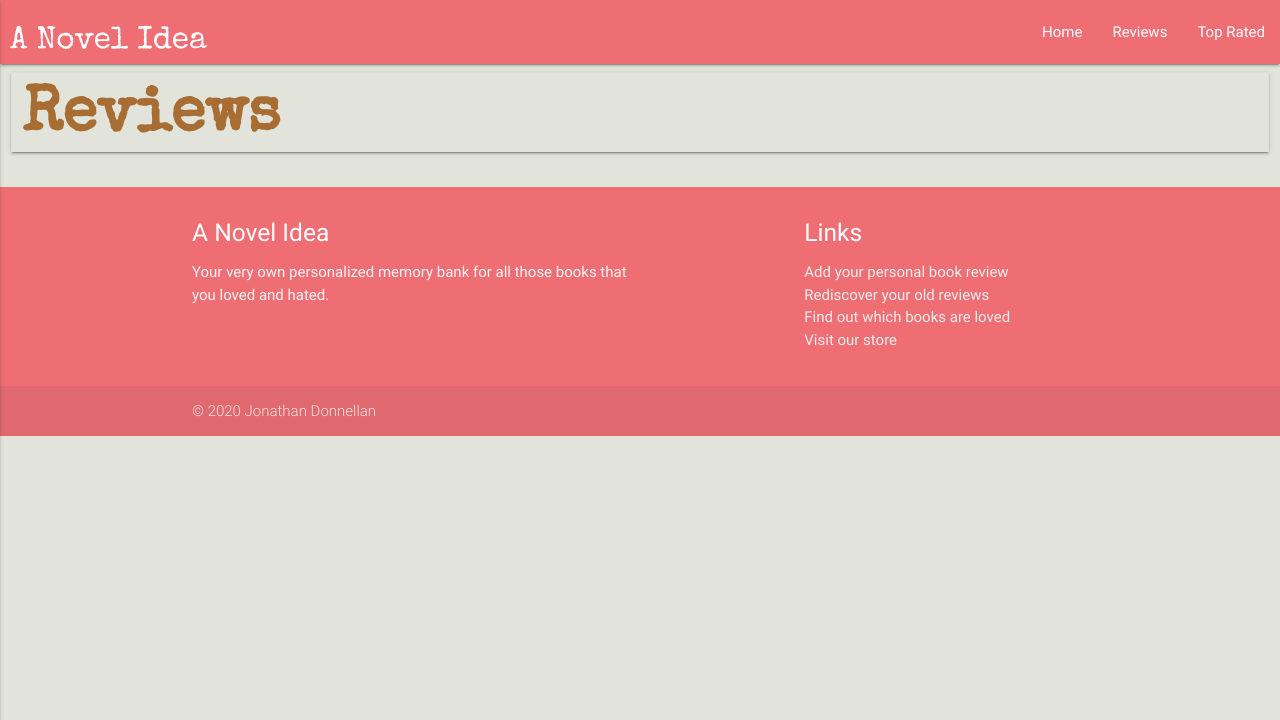
Repository: johnny-don/a-novel-idea
Page: http://localhost/
The author's editor kept a record of every edit. The page is drawn from the files as they stood at one moment, then again after the next edit.
The browser window is 1280 px wide. The pictures show the whole page.
Some web libraries are served in a nearby version. The page is served by the project's application, run on Flask 3 (app.py). Queries for data that is not in the repository find no rows.

Above is the page before.

### templates/reviews.html
{% extends 'base.html' %} {% block content %}
<div class="row">
<div class="col s12 sections">
<ul class="collapsible" data-collapsible="accordian">
    <h1 class="headline">Reviews</h1>
    {% for review in reviews %}
    <li>
        <div class="collapsible-header review-section">

            <div class="review-section">
                <i class="material-icons">expand_more</i>
                <i class="material-icons prefix text-font icons">title</i>{{review.title.upper()}}  <i class="material-icons prefix text-font icons">perm_identity</i>
                <strong>  {{review.author}}</strong>
                <i class="material-icons prefix text-font icons">event_seat</i> <em>{{review.genre}}</em>
                <i class="material-icons prefix text-font icons">grade</i> {{review.rating}}
                </div>
                <div>
                <a href="{{url_for('edit_review', review_id=review._id)}}" class="waves-effect waves-light btn-small text-font icons">Edit</a>
                <a href="{{url_for('delete_review', review_id=review._id)}}" class="waves-effect waves-light btn-small text-font icons">Delete</a>
            </div>
            </div>

        <div class="collapsible-body">
            <span class="text-font">{{review.review}}</span>
        </div>

    </li>


    {% endfor %}
    </div>
</ul>
 </div>
 </div>

{% endblock %}

### templates/base.html
<!DOCTYPE html>
<html lang="en">

<head>
    <meta charset="UTF-8">
    <meta name="viewport" content="width=device-width, initial-scale=1.0">
    <meta http-equiv="X-UA-Compatible" content="ie=edge">
    <link rel="stylesheet" href="{{url_for('static', filename='css/style.css')}}" type="text/css"/>
    <link href="https://fonts.googleapis.com/icon?family=Material+Icons" rel="stylesheet">
    <link rel="stylesheet" href="https://cdnjs.cloudflare.com/ajax/libs/materialize/0.100.2/css/materialize.min.css">
    <link href="https://fonts.googleapis.com/css?family=Special+Elite&display=swap" rel="stylesheet">


    <title>A Novel Idea</title>
</head>

<body>
      <header>
        <nav>
            <div class="nav-wrapper">
                <a href="{{url_for('add_review')}}" class=" brand brand-logo">A Novel Idea</a>
                <a href="#" data-activates="mobile-demo" class="button-collapse"><i class="material-icons">menu</i></a>
                <ul id="nav-mobile" class="right hide-on-med-and-down">
                    <li><a href="{{url_for('add_review')}}">Home</a></li>
                    <li><a href="{{url_for('get_reviews')}}">Reviews</a></li>
                    <li><a href="{{url_for('top_rated')}}">Top Rated</a></li>
                </ul>
                <ul class="side-nav" id="mobile-demo">
                     <li><a href="{{url_for('add_review')}}">Home</a></li>
                    <li><a href="{{url_for('get_reviews')}}">Reviews</a></li>
                    <li><a href="">Top Rated</a></li>
                </ul>
            </div>
        </nav>
    </header>

    {% block content %}
    {% endblock %}


    <footer class="page-footer">
          <div class="container">
            <div class="row">
              <div class="col l6 s12">
                <h5 class="white-text brand-logo">A Novel Idea</h5>
                <p class="grey-text text-lighten-4">Your very own personalized memory bank for all those books that you loved and hated. </p>
              </div>
              <div class="col l4 offset-l2 s12">
                <h5 class="white-text">Links</h5>
                <ul>

                  <li><a class="grey-text text-lighten-3" href="{{url_for('add_review')}}">Add your personal book review</a></li>
                  <li><a class="grey-text text-lighten-3" href="{{url_for('get_reviews')}}">Rediscover your old reviews</a></li>
                  <li><a class="grey-text text-lighten-3" href="{{url_for('top_rated')}}">Find out which books are loved</a></li>
                  <li><a class="grey-text text-lighten-3" href="https://last-bookshop.business.site/">Visit our store</a></li>

                </ul>
              </div>
            </div>
          </div>
          <div class="footer-copyright">
            <div class="container">
            © 2020 Jonathan Donnellan

            </div>
          </div>
        </footer>








    <script src="https://cdnjs.cloudflare.com/ajax/libs/jquery/3.2.1/jquery.min.js"></script>
    <script src="https://cdnjs.cloudflare.com/ajax/libs/materialize/0.100.2/js/materialize.min.js"></script>
    <script type="text/javascript">
        $(document).ready(function() {
            $('.collapsible').collapsible();
            $(".button-collapse").sideNav();
            $('.slider').slider();
        });
    </script>
</body>

</html>

### app.py
import os
from flask import Flask, render_template, redirect, request, url_for, request
from flask_pymongo import PyMongo
from bson.objectid import ObjectId


app = Flask(__name__)
app.config["MONGO_DBNAME"] = 'novel_idea'
app.config["MONGO_URI"] = 'mongodb+srv://johnny_don:2gardensmon@cluster0-kzp63.mongodb.net/novel_idea?retryWrites=true&w=majority'


mongo = PyMongo(app)


@app.route('/')


@app.route('/get_reviews')
def get_reviews():
    return render_template("reviews.html", reviews=mongo.db.info.find())

@app.route('/add_review')
def add_review():
    return render_template('addreview.html')

@app.route('/submit_review', methods=['POST'])
def submit_review():
    info = mongo.db.info
    info.insert_one(request.form.to_dict())
    return redirect(url_for('get_reviews'))

@app.route('/edit_review/<review_id>')
def edit_review(review_id):
    the_review = mongo.db.info.find_one({"_id": ObjectId(review_id)})
    return render_template('editreview.html', review=the_review)


@app.route('/update_review/<review_id>', methods=["POST"])
def update_review(review_id):
    reviews=mongo.db.info
    reviews.update( {'_id': ObjectId(review_id)},
    {
        'title':request.form.get('title'),
        'author':request.form.get('author'),
        'genre':request.form.get('genre'),
        'rating':request.form.get('rating'),
        'review':request.form.get('review')
    })

    return redirect(url_for('get_reviews'))

@app.route('/delete_review/<review_id>')
def delete_review(review_id):
    mongo.db.info.remove({'_id': ObjectId(review_id)})
    return redirect(url_for('get_reviews'))



@app.route('/top_rated')
def top_rated():
    return render_template("toprated.html", ratings=mongo.db.info.find().sort("rating", -1))





if __name__ == '__main__':
    app.run(host=os.environ.get('IP'),
            port=int(os.environ.get('PORT')),
            debug=True)

### static/css/style.css
@import url('https://fonts.googleapis.com/css?family=Special+Elite&display=swap');
@import url('https://fonts.googleapis.com/css?family=Inconsolata&display=swap');
@import url('https://fonts.googleapis.com/css?family=Inconsolata&display=swap');

/* buttons */

body {
        background-color: #e2e3da;
}


.btn-small {
    margin-left: 15px;
    margin-top: 10px;
    margin-bottom: 10px;
    margin-right: 10px;
    padding: 5px;
    background-color: #a86d32;
    color: white;
    font-family: 'Inconsolata', monospace;
}

/* fonts */

.brand {
   font-family: 'Special Elite', cursive;
   margin: 10px;
   padding: 5px;
}

.headline {
   font-family: 'Special Elite', cursive;
    font-weight: bold;
    color: #a86d32;
    margin: 10px;
}


.text-font {
    font-family: 'Inconsolata', monospace;
}

/* navbar */

.brand {
   font-family: 'Special Elite', cursive;
   margin: 10px;
   padding: 5px;
}

.menu-link {
    font-size: larger;

}

.side-nav {
   background-color: #a86d32;
}

.nav-foot {

    background-color: #a86d32;
}

/* footer */

.page-footer {
    padding-top: 20px;
    color: #e2e3da;
    background-color: #a86d32;
}

/* icons */

.material-icons {
    margin: 10px;

}

/* image slider */

.slider-text {
    font-family: 'Inconsolata', monospace;
    color: #e2e3da;
    font-weight: bolder;

}

.icons {
    margin: 10px;

}

.review-section {
    margin: 20px;
}

.review-section {
    margin-top: 30px;
    margin-bottom: 30px;
}

After the next edit:
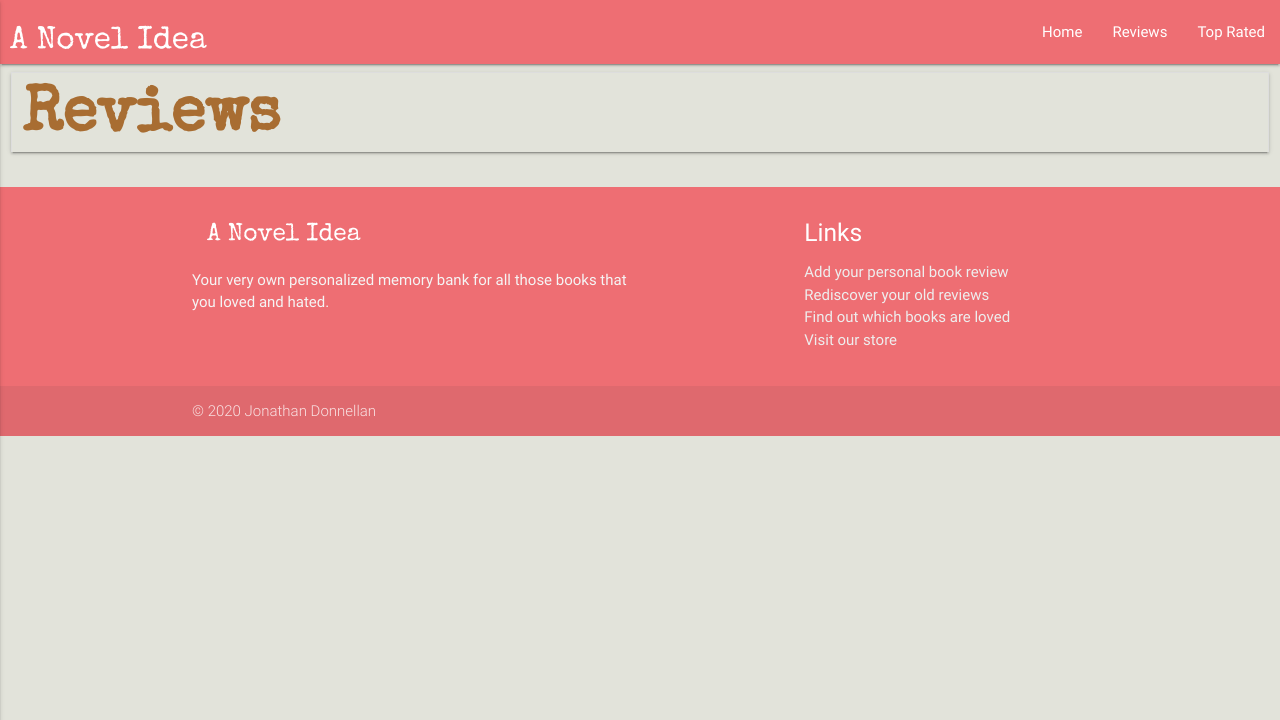
The edit:
--- a/templates/base.html
+++ b/templates/base.html
@@ -42,7 +42,7 @@
           <div class="container">
             <div class="row">
               <div class="col l6 s12">
-                <h5 class="white-text brand-logo">A Novel Idea</h5>
+                <h5 class="white-text brand">A Novel Idea</h5>
                 <p class="grey-text text-lighten-4">Your very own personalized memory bank for all those books that you loved and hated. </p>
               </div>
               <div class="col l4 offset-l2 s12">
